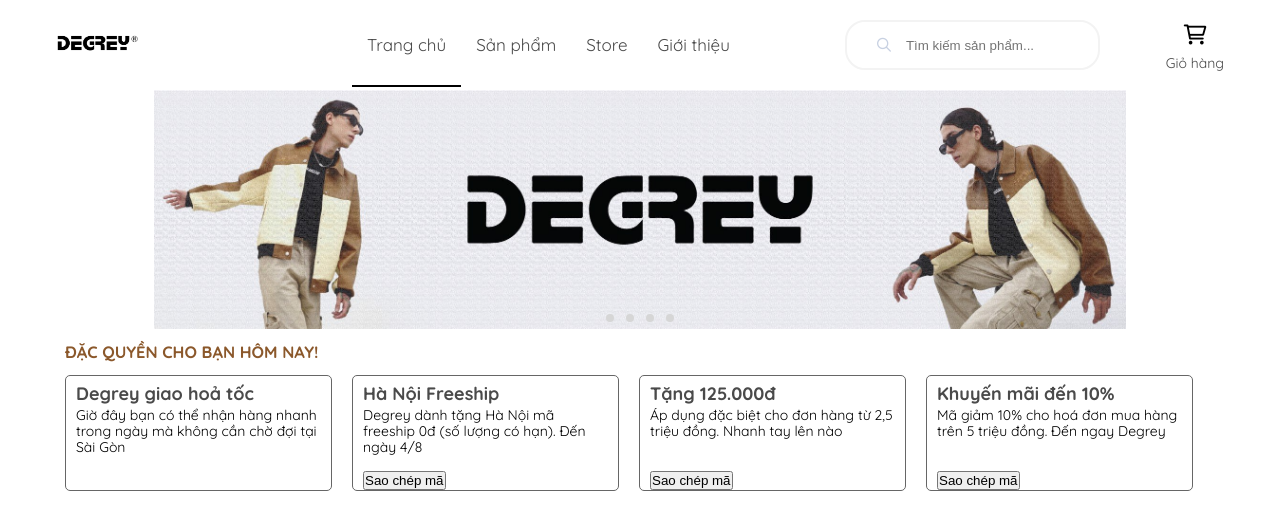
Repository: hieu-dev-1/degrey1
Page: index.html
The author's editor kept a copy of each file at every save. The page is drawn from the files as they stood at one save, then again after the next save.
The browser window is 1280 px wide. The pictures show the whole page.

Above is the page before, as saved 2022-08-13 09:54:54.

After the next save:
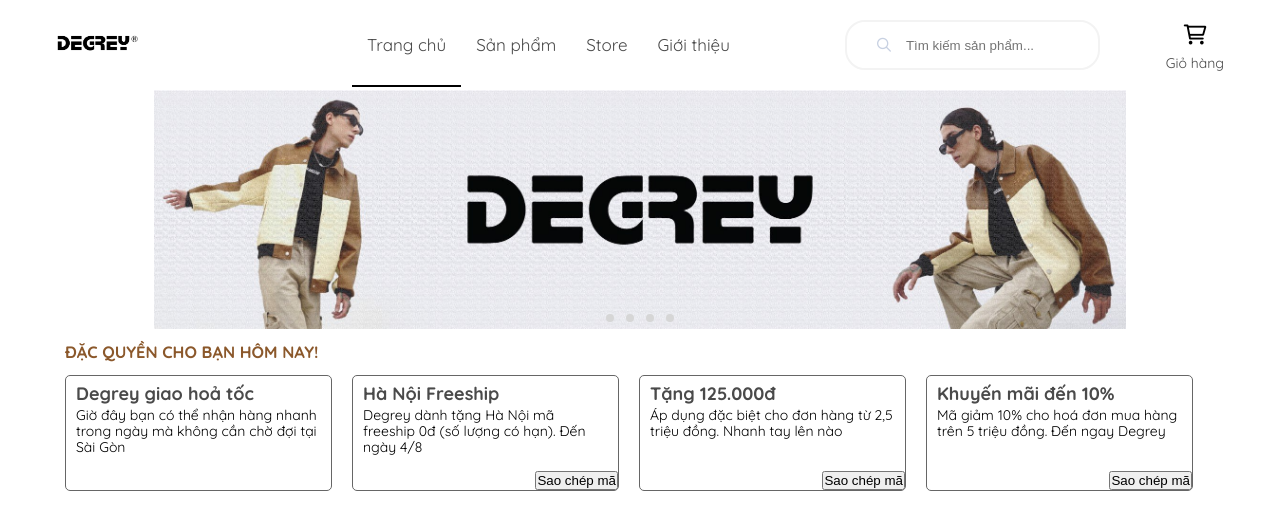
Saved 12 s later.
--- a/assets/css/main.css
+++ b/assets/css/main.css
@@ -205,4 +205,5 @@
     position: absolute;
     text-align: right;
     bottom: 0;
-}
+    right: 0;
+}
